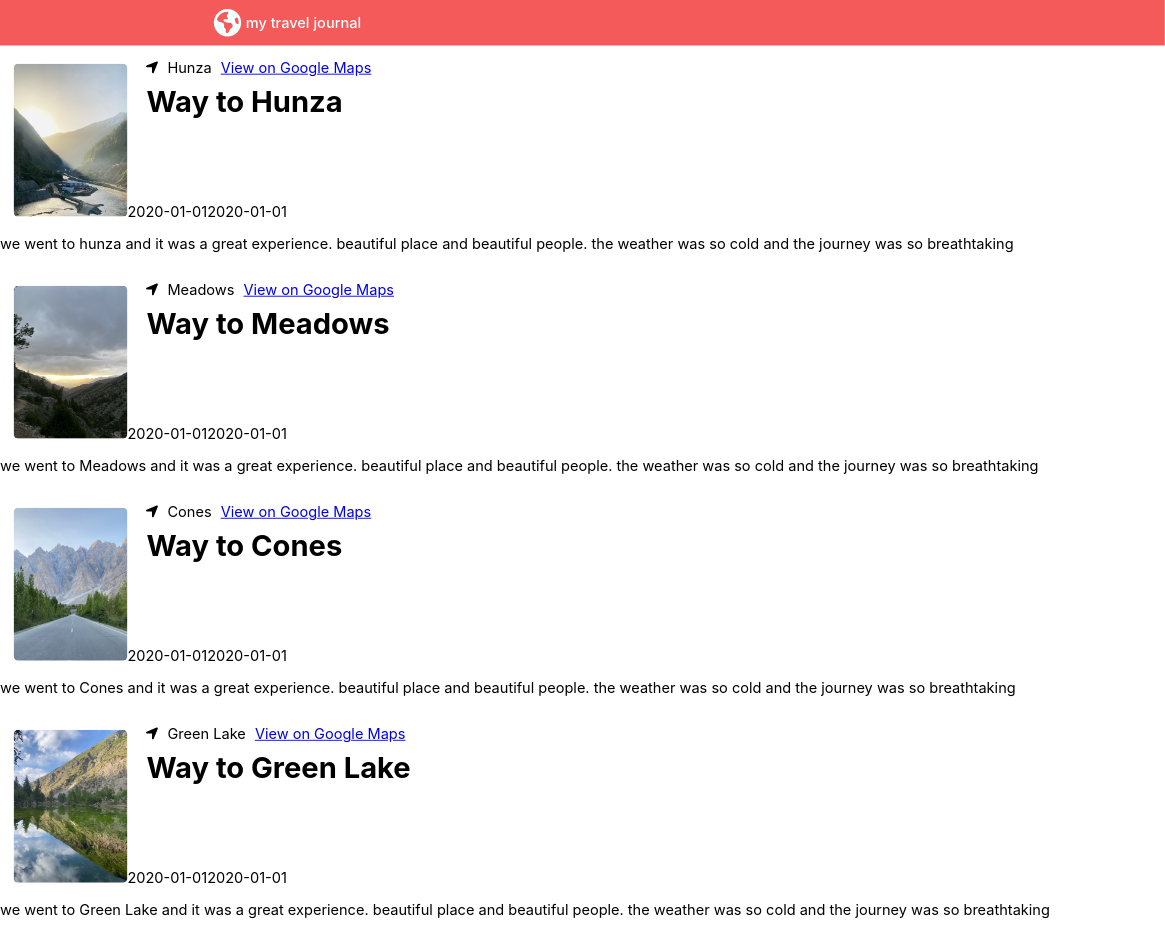
Repository: mortiestmorty1/travel-journal
Page: /
The author's editor kept a copy of each file at every save. The page is drawn from the files as they stood at one save, then again after the next save.
The browser window is 1280 px wide. The pictures show the whole page, at 91% of full size.
The project was rebuilt for these pictures with package versions that can differ from the ones it lists, and the page was loaded fresh each time.

Above is the page before, as saved 2024-01-17 15:22:13.

After the next save:
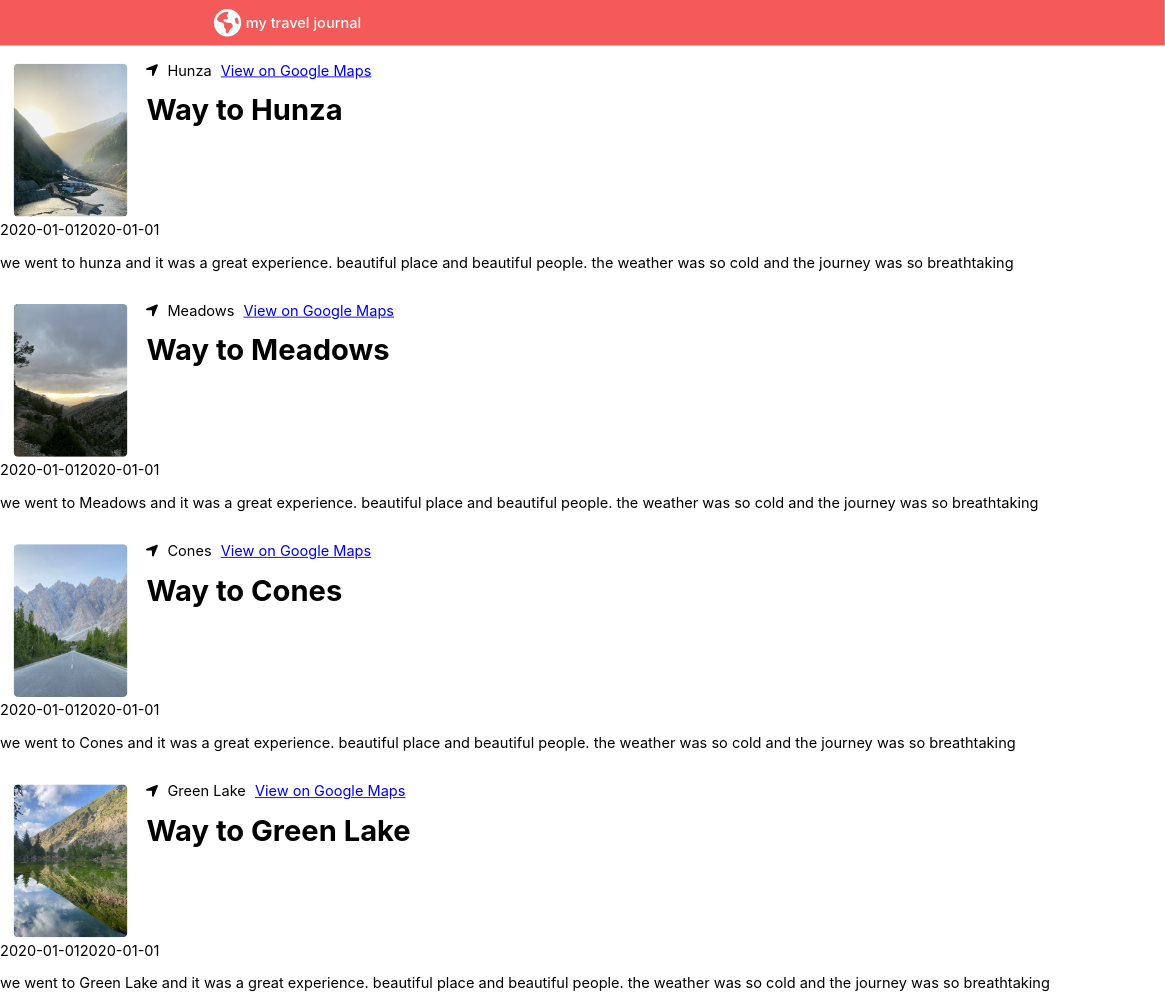
Saved 4 min 38 s later.
--- a/src/components/content.js
+++ b/src/components/content.js
@@ -16,8 +16,10 @@ function Content(props){
                 <a href={props.item.googlelink}>View on Google Maps</a>
             </div>
             <h1 className="Title">{props.item.Title}</h1>
-            <span className="date-start">{props.item.datestart}</span>
-            <span className="date-end">{props.item.dateend}</span>
+            <div className="section2">
+                <span className="date-start">{props.item.datestart}</span>
+                <span className="date-end">{props.item.dateend}</span>
+            </div>
             <p className="description">{props.item.description}</p>
         </div>
     )

After the save that followed:
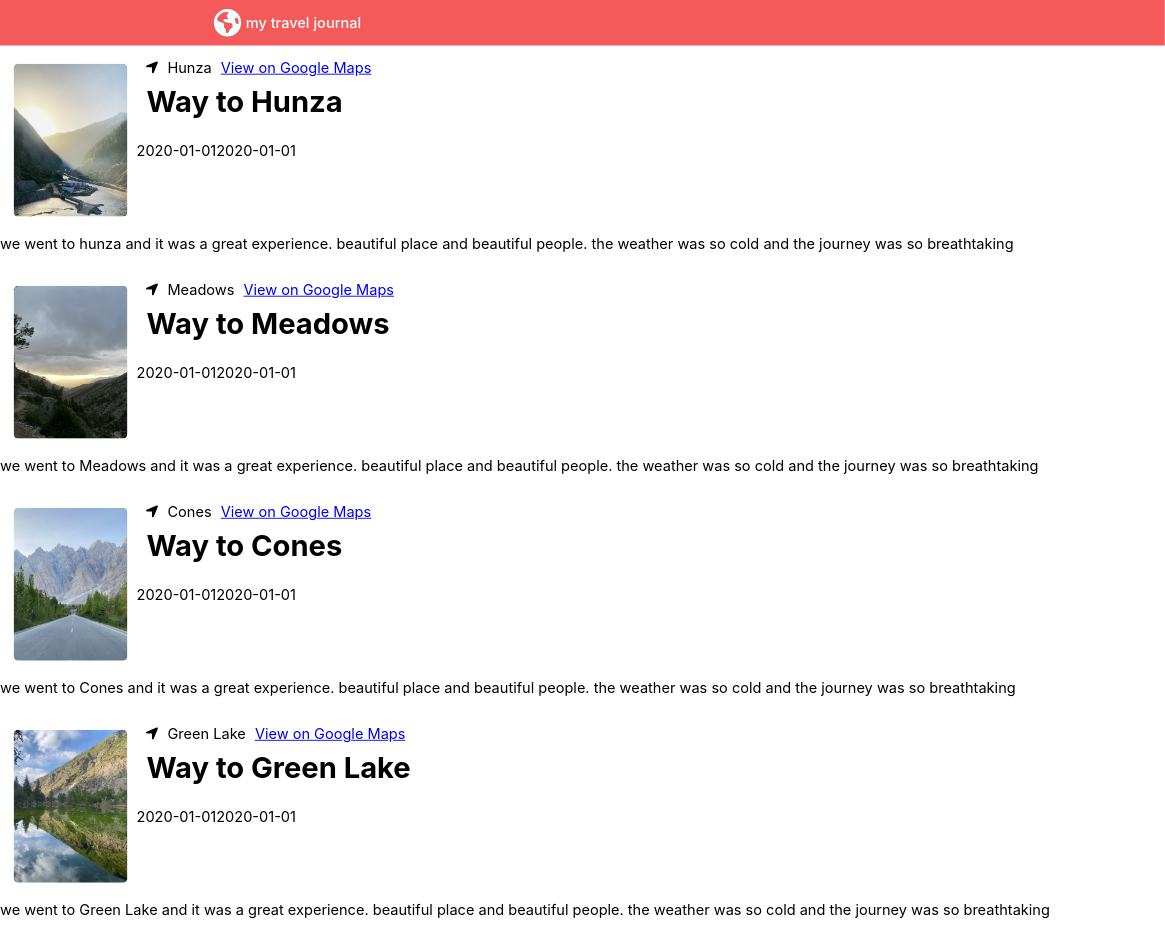
Saved 22 s later.
--- a/src/App.css
+++ b/src/App.css
@@ -58,3 +58,8 @@
   left: 161px;
   bottom: 55%;
 }
+.section2{
+  position: absolute;
+  left: 150px;
+  bottom: 45%;
+}
